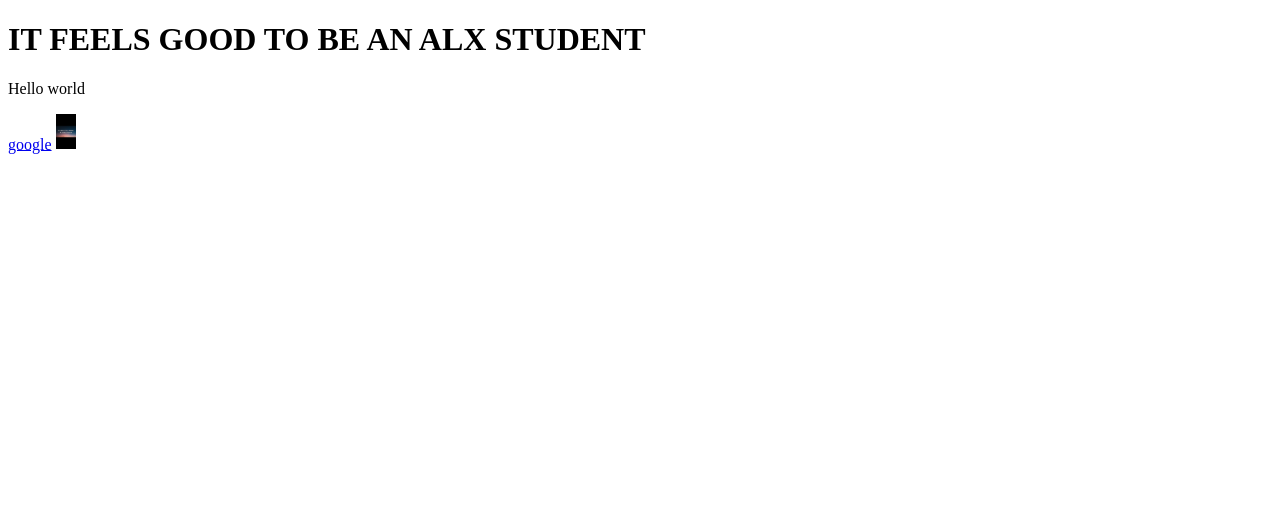
Repository: dannysimw/alx_tools_intro
Page: html/index.html
An editor plug-in stored every save of this project. The page is shown before and after the next save, followed by the edit.
The browser window is 1280 px wide. The pictures show the whole page.

Above is the page before, as saved 2023-07-01 21:45:09.

After the next save:
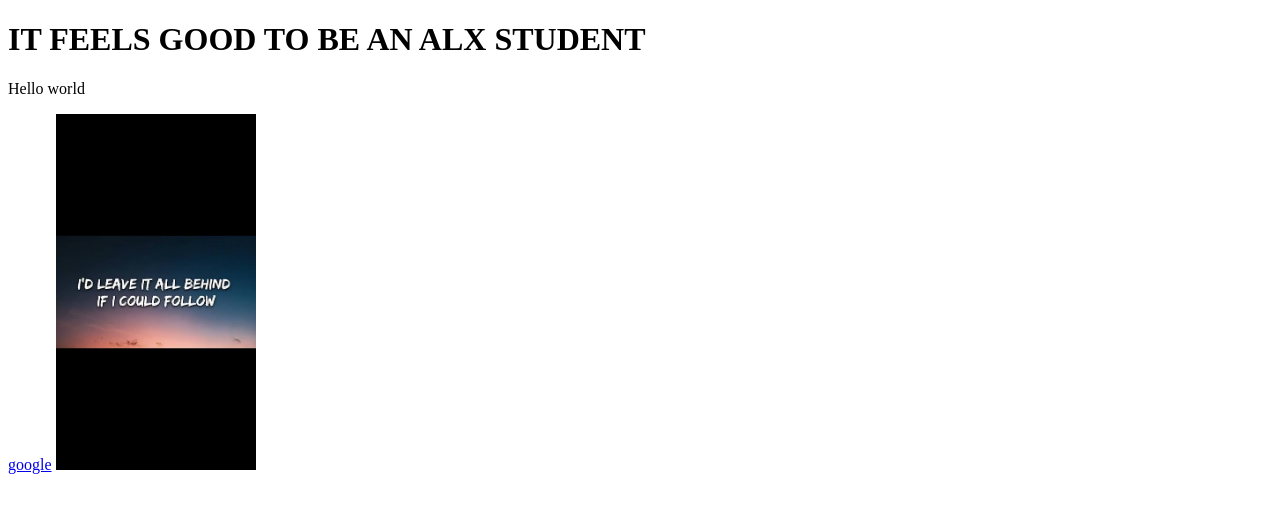
Saved 13 s later.
--- a/html/index.html
+++ b/html/index.html
@@ -9,6 +9,6 @@
     <h1>IT FEELS GOOD TO BE AN ALX STUDENT</h1>
     <p>Hello world</p>
     <a href="https://google.com">google</a>
-    <img src="/html/image.jpg" alt="image" width="20px">
+    <img src="/html/image.jpg" alt="image" width="200px">
 </body>
 </html>
